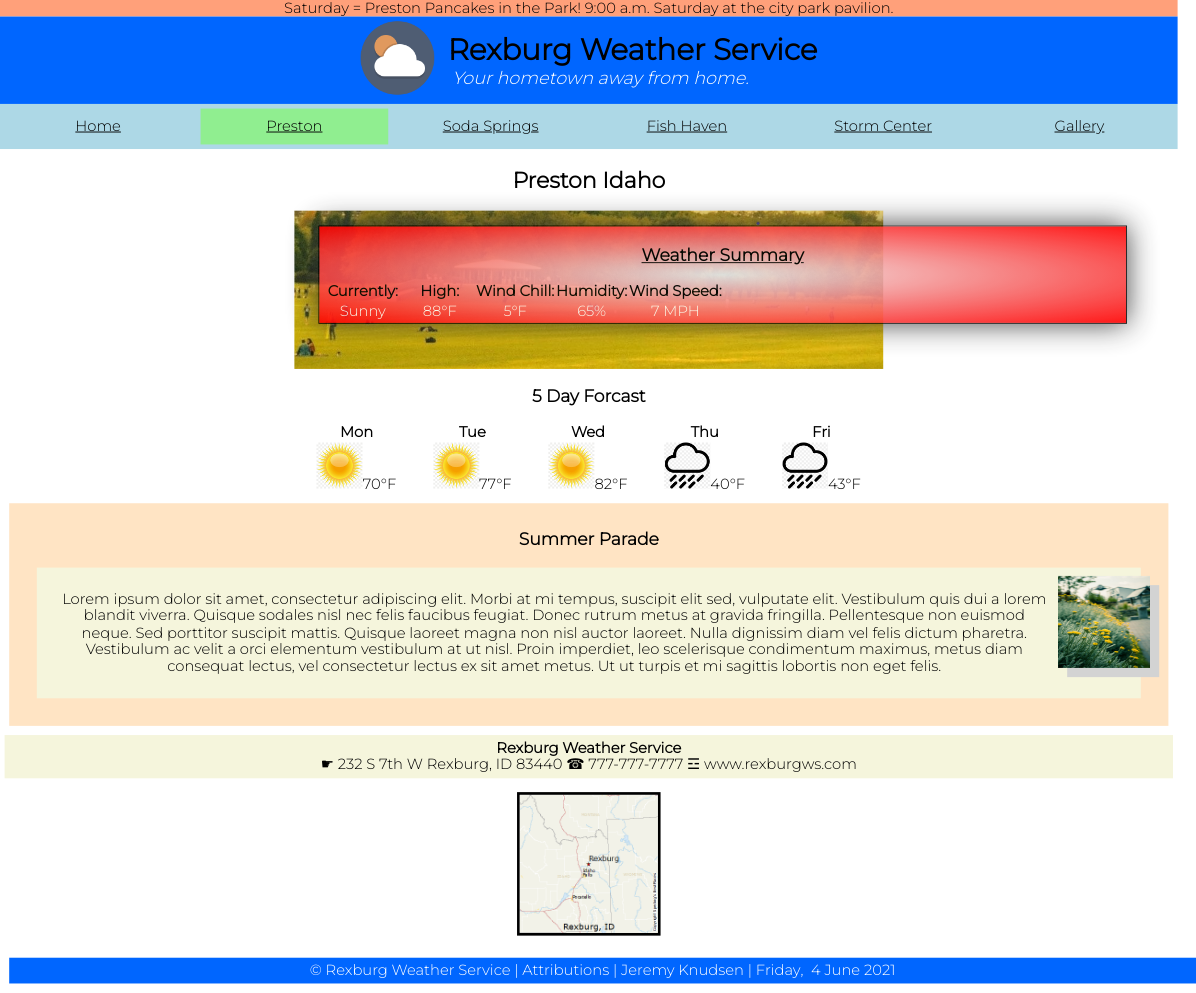
Repository: jknudsen97/jknudsen97.github.io
Page: lesson05/preston-5.html
An editor plug-in stored every save of this project. The page is shown before and after the next save, followed by the edit.
The browser window is 1280 px wide. The page is 1300 px wide, so the pictures cover 1300 px, including what lies to the right of the window. The pictures show the whole page, at 92% of full size.

Above is the page before, as saved 2021-06-09 13:32:31.

After the next save:
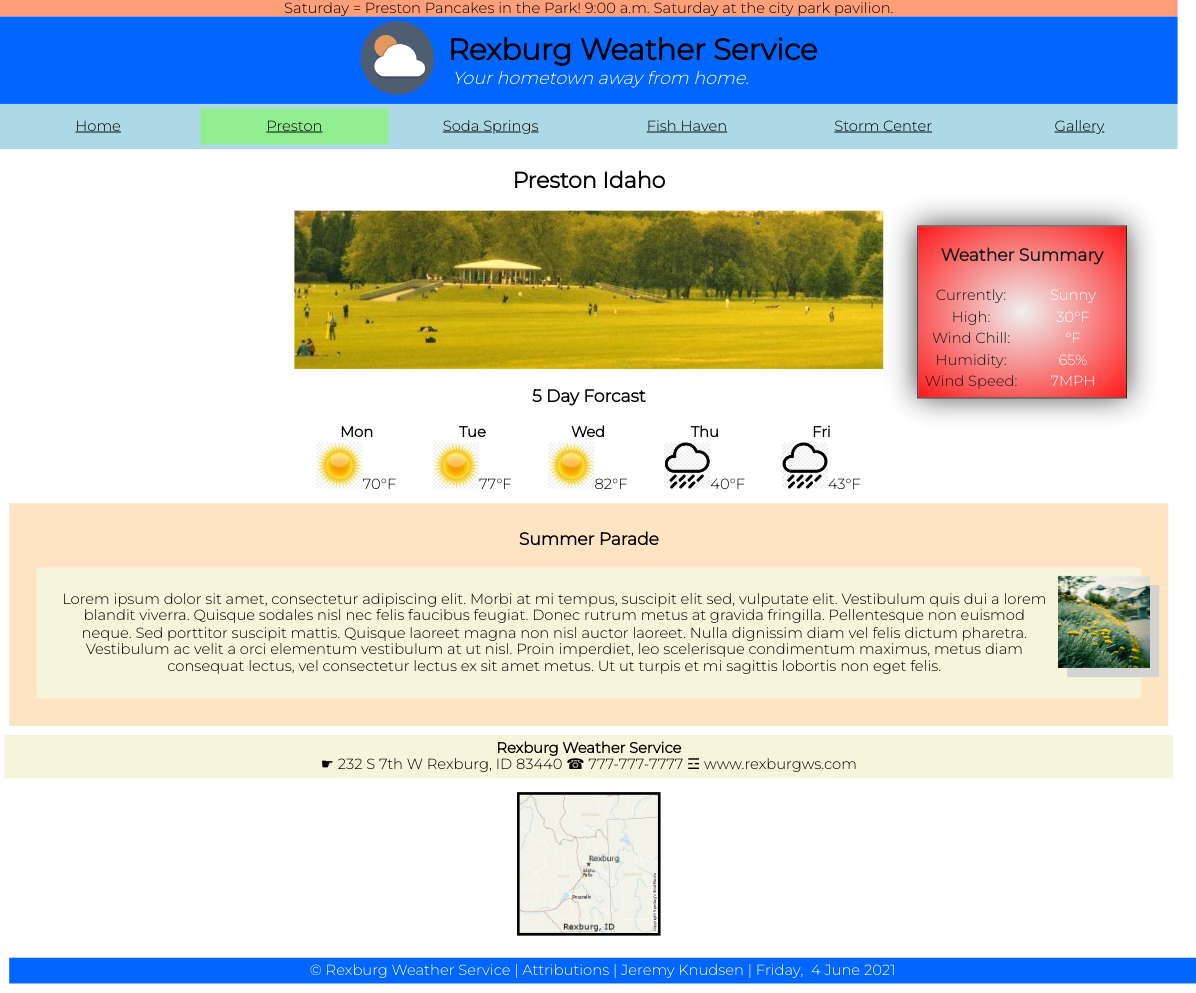
Saved 37 min 13 s later.
--- a/lesson05/preston-5.html
+++ b/lesson05/preston-5.html
@@ -51,23 +51,25 @@
             <h2>Preston Idaho</h2>
                     <img class="stock1" src="images/stock1.jpg" alt="Stock Photo 1">
                     <div class="summary">
-                        <h3><b><u>Weather Summary</h3></u></b></h3>
-                        <table class="sum-titles">
-                            <tr class="sum-data">
-                                <th>Currently: </th>
-                                <th>High: </th>
-                                <th>Wind Chill: </th>
-                                <th>Humidity: </th>
-                                <th>Wind Speed: </th>
-                            </tr>
-                            <tr>
-                                <td class="s-color">Sunny</td>
-                                <td class="s-color">88&#176;F</td>
-                                <td class="s-color">5&#176;F</td>
-                                <td class="s-color">65%</td>
-                                <td class="s-color">7 MPH</td>
-                            </tr>
-                        </table>
+                        <h3>
+                            Weather Summary
+                        </h3>
+                        <div class="sum-titles">
+                            <ul class="sum-data">
+                                <li>Currently: </li>
+                                <li>High: </li>
+                                <li>Wind Chill: </li>
+                                <li>Humidity: </li>
+                                <li>Wind Speed: </li>
+                            </ul>
+                            <ul>
+                                <li class="s-color">Sunny</li>
+                                <li class="s-color"><span id="temp">30</span>&#176;F</li>
+                                <li class="s-color"><span id="WC"></span>&#176;F</li>
+                                <li class="s-color">65%</li>
+                                <li class="s-color"> <span id="speed">7</span>MPH</li>
+                            </ul>
+                        </div>
                     </div>
                     <div class="weather">
                         <h3>5 Day Forcast</h3>
